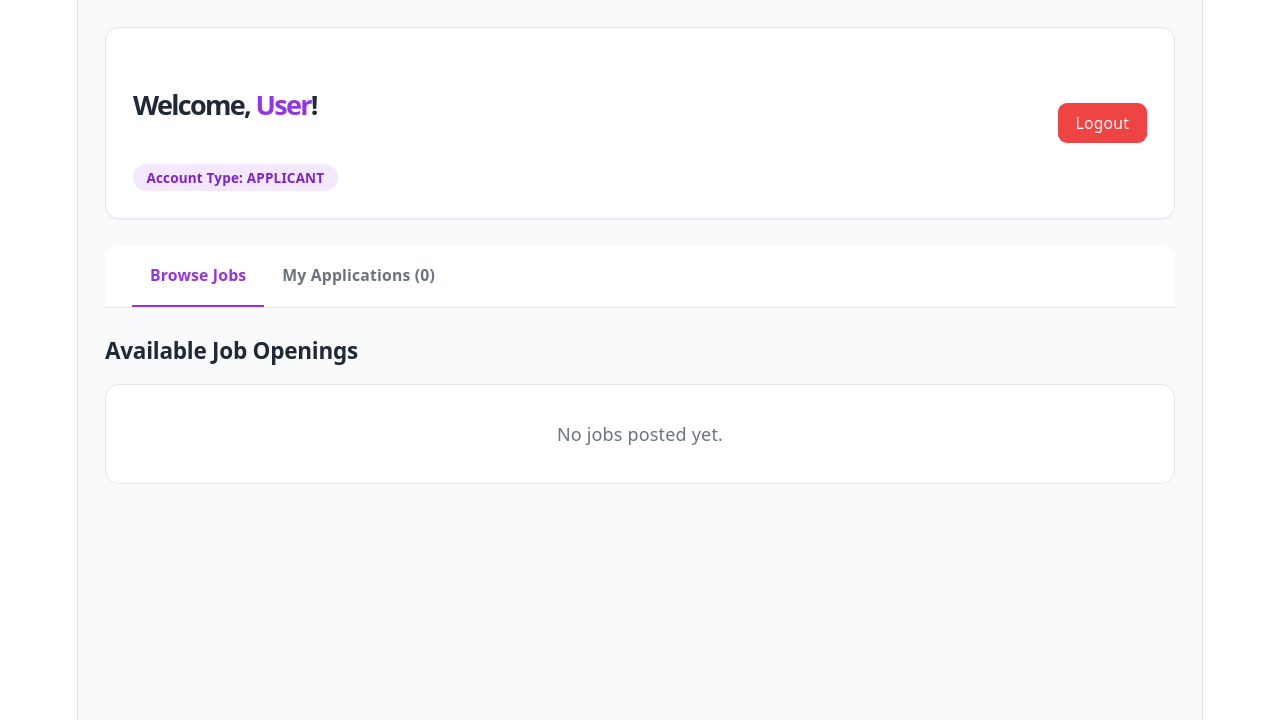
Repository: mdkawsarjomadder/job-portal
Page: /dashboard (app in job-portal/frontend/)
An editor plug-in stored every save of this project. The page is shown before and after the next save, followed by the edit.
The browser window is 1280 px wide. The pictures show the whole page.
The page's requests for data from a server got no answer. The project was rebuilt for these pictures with package versions that can differ from the ones it lists, and the page was loaded fresh each time. No one was signed in, and anything a server would have sent is missing. Also part of the build but not shown: job-portal/frontend/vite.config.js, job-portal/frontend/src/pages/Login.jsx, job-portal/frontend/src/pages/Register.jsx, job-portal/frontend/src/pages/EmployerDashboard.jsx, job-portal/frontend/src/pages/CreateJob.jsx.

Above is the page before, as saved 2026-09-04 17:45:11.

After the next save:
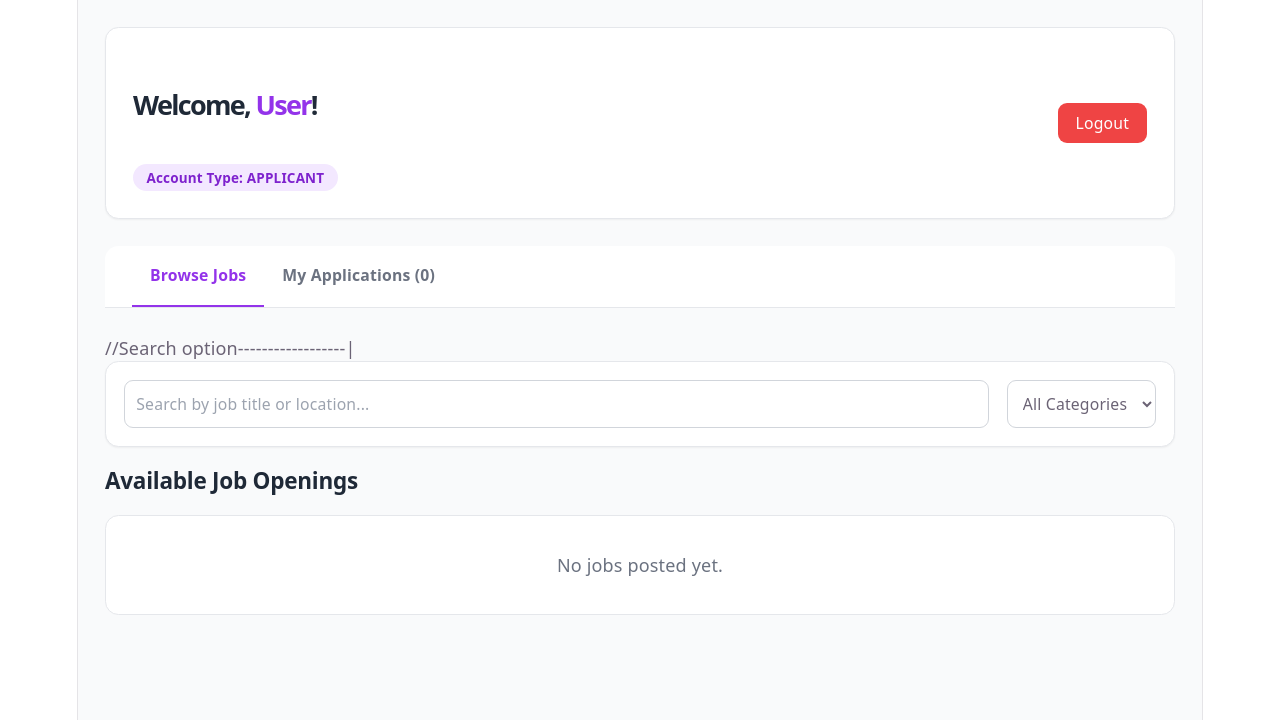
Saved 7 min 45 s later.
--- a/job-portal/frontend/src/pages/ApplicantDashboard.jsx
+++ b/job-portal/frontend/src/pages/ApplicantDashboard.jsx
@@ -148,6 +148,28 @@ export default function ApplicantDashboard() {
         {/* Tab Content */}
         {activeTab === 'browse' ? (
           <div className="space-y-4">
+
+             //Search option------------------|
+             <div className="flex flex-col md:flex-row gap-4 bg-white p-4 rounded-xl border border-gray-200 shadow-sm">
+              <input
+                type="text"
+                placeholder="Search by job title or location..."
+                value={searchTerm}
+                onChange={(e) => setSearchTerm(e.target.value)}
+                className="flex-1 border border-gray-300 rounded-lg p-2.5 text-sm focus:outline-none focus:ring-2 focus:ring-purple-500"
+              />
+              <select
+                value={selectedCategory}
+                onChange={(e) => setSelectedCategory(e.target.value)}
+                className="border border-gray-300 rounded-lg p-2.5 text-sm focus:outline-none focus:ring-2 focus:ring-purple-500 bg-white"
+              >
+                <option value="All">All Categories</option>
+                <option value="IT">IT / Software</option>
+                <option value="Design">Design</option>
+                <option value="Marketing">Marketing</option>
+              </select>
+            </div>
+
             <h2 className="text-xl font-bold text-gray-800">Available Job Openings</h2>
             {jobs.length === 0 ? (
               <div className="bg-white p-8 text-center text-gray-500 rounded-xl border border-gray-200">
